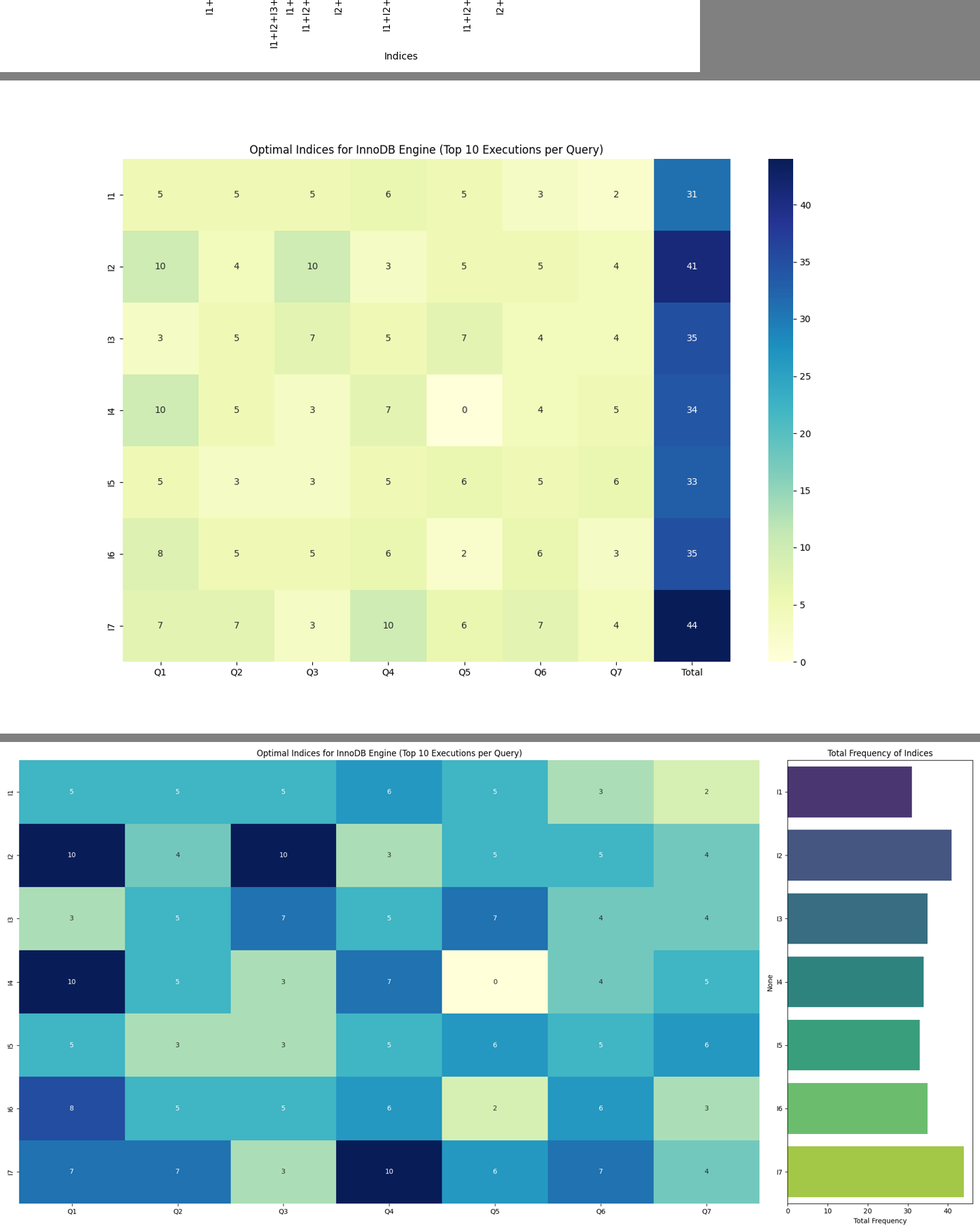
Repository: MarioPasc/Base-de-Datos-Microbiomas
Script's output: python src/mysql_performance_analysis.py
The author's editor kept a copy of each file at every save. The script's output is drawn from the files as they stood at one save, then again after the next save.
The pictures show rows 4878 to 6638 of an output 6638 px tall, at 70% of full size.
Each picture stacks the figures in order, with grey between them; figures that are only written to a file come last. Figures wider than 1,400 px are first shrunk to that width. Random numbers start from a fixed seed.

Above is the script's output before, as saved 2024-06-08 11:44:27.

After the next save:
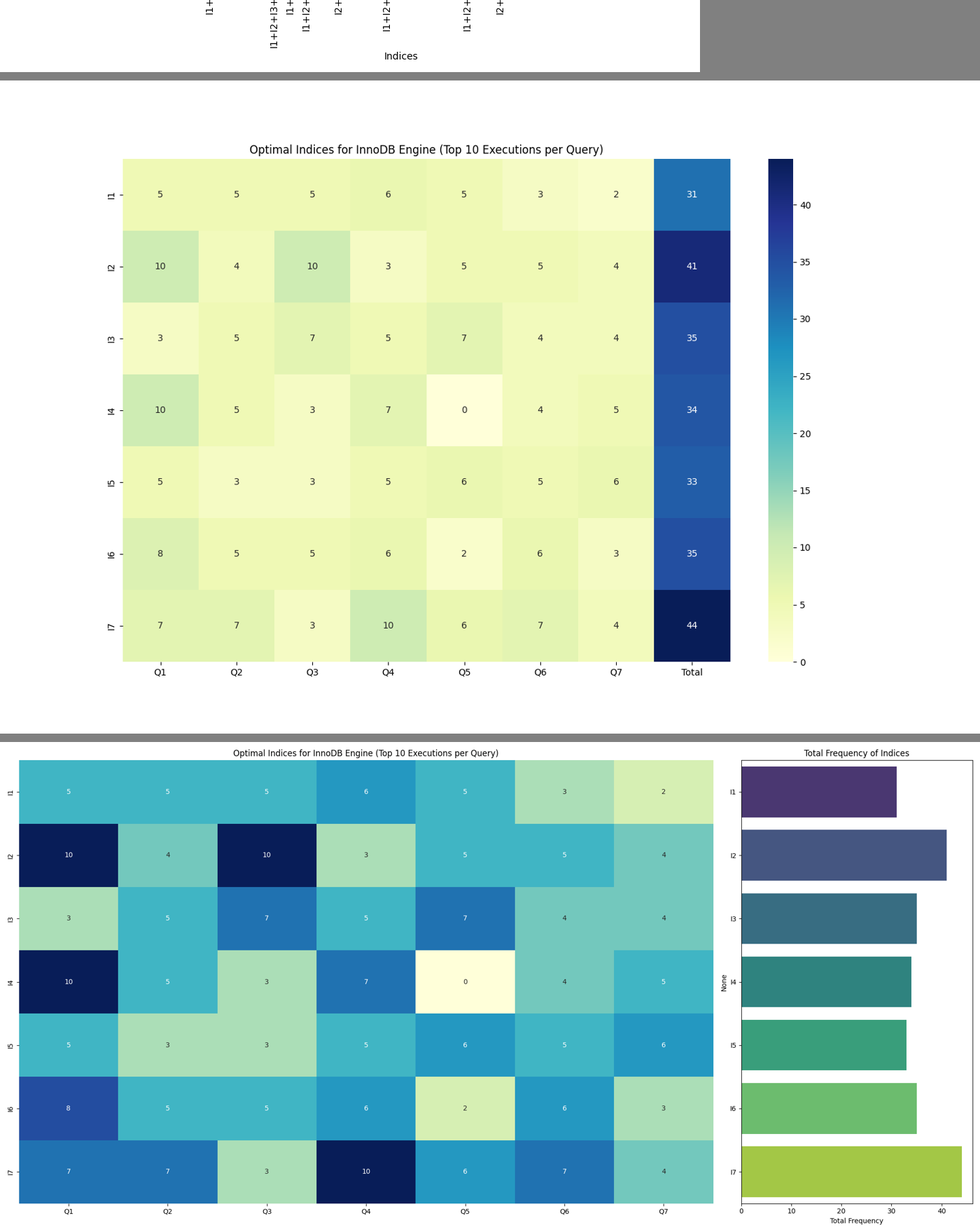
Saved 94 s later.
--- a/src/mysql_performance_analysis.py
+++ b/src/mysql_performance_analysis.py
@@ -132,7 +132,7 @@ class CSVVisualizer:
         total_counts = heatmap_data.sum(axis=1)
 
         # Plotting
-        fig, axes = plt.subplots(ncols=2, figsize=(20, 10), gridspec_kw={'width_ratios': [4, 1]})
+        fig, axes = plt.subplots(ncols=2, figsize=(20, 10), gridspec_kw={'width_ratios': [3, 1]})
 
         # Heatmap
         sns.heatmap(heatmap_data, annot=True, cmap='YlGnBu', cbar=False, ax=axes[0])
